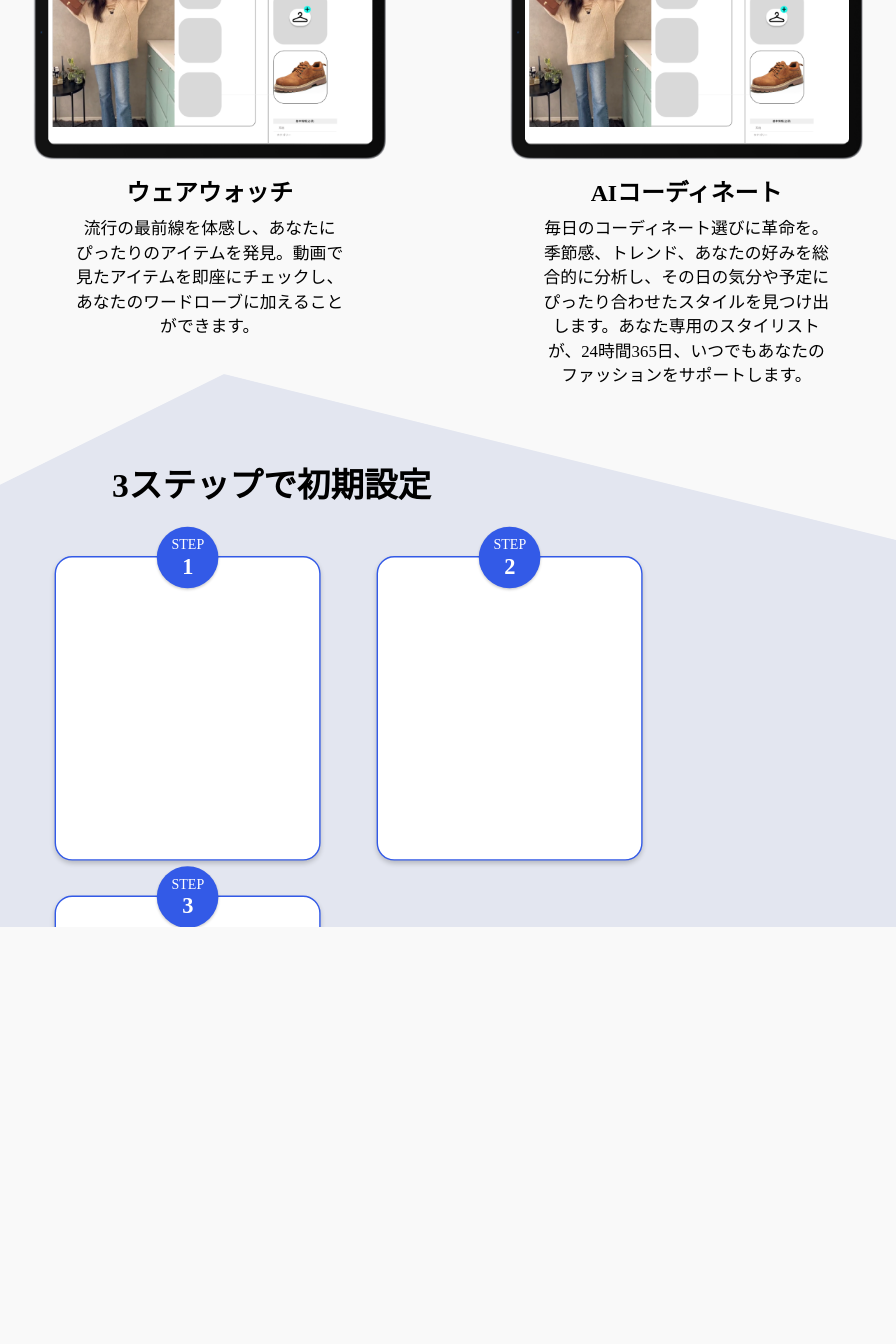
Repository: Yoshiki0418/yahoo.hack
Page: welcome.html
An editor plug-in stored every save of this project. The page is shown before and after the next save, followed by the edit.
The browser window is 1280 px wide. The pictures show the part of the page from y = 2639 to 4559 px (the page is 5407 px tall), at 70% of full size.

Above is the page before, as saved 2024-02-09 23:05:35.

### welcome.html
<!DOCTYPE html>
<html lang="ja">
<head>
    <meta charset="UTF-8">
    <meta name="viewport" content="width=device-width, initial-scale=1.0">
    <link rel="stylesheet" type="text/css" href="static/css/welcome.css">
    <title>Document</title>
</head>
<body>
    <hedaer>
        <nav>
            <div class="head_block">
                <li><a><img src="static/image/logo.png" class="logo_pic"></a></li>
                <div class="login-button">
                    <a href="/login">ログイン</a>
                </div>
             </div>
          </nav>
    </hedaer>
    <main>
        <!--スライドショー-->
        <div id="mainimg">
            <div class="slide" style="background-image: url('static/image/image 2.png');"></div>
            <div class="slide" style="background-image: url('static/image/slide_1.webp');"></div>
            <h1>Fashion <br>
                　　starts in the<br>
                　 Cloudrobe.</h1>
            <div class="sinup-button">
                <a href="/sinup">さっそくはじめる</a>
             </div>
        </div>
        <div class="fast_section">
            <p class="point_ja">つながりを紡ぎ、驚きを編む。<br>クリック一つで始まる物語</p>
            <p class="point_en">Weaving connections and weaving surprises.<br>
                A story that starts with a click</p>
            <div class="good_points">
            </div>
            <h2>全てのシチュエーションに完璧な一着</h2>
            <div class="situation_block">
                <div class="pair">
                    <img src="static/image/situation1.png" class="situation_pic">
                    <h4>デート</h4>
                </div>
                <div class="pair">
                    <img src="static/image/situation2.png" class="situation_pic">
                    <h4>ショッピング</h4>
                </div>
                <div class="pair">
                    <img src="static/image/situation3.png" class="situation_pic">
                    <h4>アウトドア</h4>
                </div>
            </div>
        </div>
        <div class="advertisement">
            <div class="block">
                <img src="static/image/adv.png" class="adv_pic">
                <div class="right_block">
                    <h2>  今話題の<br>
                        『骨格スタイル診断』を<br>
                          無料で体験！
                        </h2>
                        <button class="custom-button">あなたの商品をチェック</button>
                </div>
            </div>
        </div>
        <div class="info_section">
            <h2>Cloudrobeの特徴</h2>
            <div class="features">
                <div class="features_block1">
                    <img src="static/image/feature.png" class="feature_pic">
                    <h4>ウェアウォッチ</h4>
                    <p>流行の最前線を体感し、あなたに<br>
                        ぴったりのアイテムを発見。動画で<br>
                        見たアイテムを即座にチェックし、<br>
                        あなたのワードローブに加えること<br>ができます。</p>
                </div>
                <div class="features_block2">
                    <img src="static/image/feature.png" class="feature_pic">
                    <h4>AIコーディネート</h4>
                    <p>毎日のコーディネート選びに革命を。<br>
                        季節感、トレンド、あなたの好みを総<br>
                        合的に分析し、その日の気分や予定に<br>
                        ぴったり合わせたスタイルを見つけ出<br>
                        します。あなた専用のスタイリスト<br>
                        が、24時間365日、いつでもあなたの<br>
                        ファッションをサポートします。</p>
                </div>
            </div>
            <div class="shape">
                <h2>3ステップで初期設定</h2>
                <div class="step_block">
                    <div class="step-container">
                        <div class="step-circle">STEP<h4>1</h4></div>
                        <div class="step-box"></div>
                    </div>
                    <div class="step-container">
                        <div class="step-circle">STEP<h4>2</h4></div>
                        <div class="step-box"></div>
                    </div>
                    <div class="step-container">
                        <div class="step-circle">STEP<h4>3</h4></div>
                        <div class="step-box"></div>
                    </div>
                </div>
            </div>

        </div>

    </main>
    <script src="script.js"></script>

</body>
</html>

### static/css/welcome.css
* {
    margin: 0;
    padding: 0;
    box-sizing: border-box;
}

/* ナビゲーションのスタイル設定 */
nav {
    width: 100%;
    background-color: #17191C;
    height: 62px;
    display: flex;
    z-index: 10; /* ナビゲーションのz-indexを設定 */
    position: relative; /* z-indexを効果的にするために必要 */
}

.logo_pic {
    margin-top: 5px;
    margin-left: 8px;
    height: 51px;
}

.head_block {
    width: 100%;
    display: flex;
    flex-wrap: wrap;
    position: relative;
}

.mainimg{
    width: 100vw;
    overflow: hidden; /* 横方向の内容がはみ出た場合に非表示にする */
    height: 100%;
}

/* ログインボタンのスタイル */
.login-button a {
    display: inline-block;
    background-color: #000; /* ボタンの背景色 */
    color: white;
    padding: 10px 20px;
    border: 2px solid #fff; /* ボタンの境界線 */
    border-radius: 20px; /* 角の丸み */
    text-decoration: none;
    font-weight: bold;
    z-index: 10; /* ボタンのz-indexを設定 */
}

.login-button a:hover {
    background-color: #555; /* ホバー時の背景色 */
}

.login-button {
    position: absolute;
    right: 10%;
    margin-top: 7px;
    z-index: 10; /* ボタンのz-indexを設定 */
}

#slideshow {
    position: relative;
    max-height: 790px; /* 最大高さを指定 */
    width: 100vw; /* 画面幅全体 */
    overflow-x: hidden; /* 横方向の内容がはみ出た場合に非表示にする */
    z-index: 1; /* スライドショーのz-indexを低く設定 */
}

.slide {
    position: absolute;
    width: 100%;
    height: 100%;
    background-size: cover;
    background-position: center;
    opacity: 0; /* 最初はすべてのスライドを非表示にする */
    transition: opacity 1s; /* 透明度の変化にトランジション効果を追加 */
    animation: zoomOut 10s infinite;
    margin-top: -62px;
}

#mainimg h1 {
    position: absolute;
    font-size: 70px;
    top: 75%;
    left: 15%;
    transform: translate(-50%, -50%);
    z-index: 2; /* スライド上のテキストを前面に表示 */
    color: white; /* テキストの色 */
    text-align: center; /* テキストを中央揃え */
    text-shadow: 2px 2px 4px rgba(4, 4, 4, 4);
}

@keyframes zoomOut {
    0%, 100% {
        transform: scale(1); /* 100%に保つ */
    }
    50% {
        transform: scale(1); /* 100%より大きくしない */
    }
}

.sinup-button a{
    display: inline-block;
    font-size: 20px;
    background-color: #00000000; /* ボタンの背景色 */
    color: white;
    padding: 10px 20px;
    border: 2px solid #fff; /* ボタンの境界線 */
    border-radius: 40px; /* 角の丸み */
    text-decoration: none;
    font-weight: bold;
    z-index: 10; /* ボタンのz-indexを設定 */
}

.sinup-button {
    position: absolute;
    right: 14%;
    top: 80%;
    z-index: 10; /* ボタンのz-indexを設定 */
}

.sinup-button a:hover {
    background-color: #ffffffa4; /* ホバー時の背景色 */
    color: #000;
}

.fast_section{
    width: 100%;
    height: 955px;
    background-color: #202131;
    display: flex;
    flex-wrap: wrap;
    position: relative;
    top: 770px; /* スライドショーとの間に隙間がないように微調整 */
    z-index: 2; /* スライドショーの上に表示 */
    padding-top: 5px; /* 必要に応じて調整 */
}

.point_ja{
    position: absolute;
    margin-top: 100px;
    color: #EEE6FF;
    right: 12%;
    z-index: 18;
    font-size: 32px;
}

.point_en{
    position: absolute;
    margin-top: 210px;
    color: #EEE6FF;
    right: 9%;
    z-index: 18;
    font-size: 15px;
}

.good_points{
    position: absolute;
    width: 94%;
    height: 640px;
    background-color: #E3E6F0;
    bottom: 0%;
    right: 0%;
    border-radius: 20px 0px 0px 0px; /* 角の丸み */
}

.fast_section h2{
    position: absolute;
    width: 700px;
    top: 400px;
    left: 50%;
    transform: translate(-50%, -50%);
    font-size: 40px;
}

.situation_block{
    display: flex;
    position: absolute;
    top: 655px;
    height: 330px;
    margin-right: 10%;
    left: 50%;
    transform: translate(-50%, -50%);
}

.situation_pic{
    width: 330px;
    height: 330px;
    margin-right: 45px;
    margin-left: 45px;
}

@media (max-width: 1070px) {
    .situation_pic {
        width: 200px; /* サイズを小さく調整 */
        height: 200px; /* サイズを小さく調整 */
        margin-right: 35px;
        margin-left: 35px;
    }
}

.pair {
    display: flex; /* フレックスコンテナとして設定 */
    flex-direction: column; /* 子要素を縦方向に並べる */
    align-items: center; /* 子要素を水平方向の中央に揃える */
    text-align: center; /* テキストを中央揃え */
}

.pair h4{
    margin-top: 20px;
    font-size: 26px;
}

.advertisement{
    position: relative;
    top: 770px;
    width: 100%;
    height: 537px;
    background-color: #C5D0F7;
}

.adv_pic{
    width: 440px;
    top: 140px;
    left: 17%;
}



.advertisement h2{
    font-size: 48px;
    top: 140px;
    color: #335AE7;
}

.block{
    position: absolute;
    display: flex;
    flex-wrap: wrap;
    height: 310px;
    left: 17%;
    top: 136px;
}

.custom-button {
    background-color: #335AE7; /* ボタンの背景色 */
    color: white; /* テキスト色 */
    padding: 10px 20px; /* パディング */
    border: none; /* 境界線なし */
    border-radius: 40px; /* 角の丸み */
    font-size: 24px; /* フォントサイズ */
    font-weight: bold; /* フォントの太さ */
    text-decoration: none; /* テキストの下線を消す */
    cursor: pointer; /* カーソルをポインターに */
    box-shadow: 0 4px 8px rgba(0, 0, 0, 0.2); /* 影を付ける */
    transition: background-color 0.3s, box-shadow 0.3s; /* 色と影のトランジションを設定 */
    width: 330px;
    height: 66px;
    margin-top: 50px;
}

.custom-button:hover {
    background-color: #5A7BD8; /* ホバー時の背景色 */
    box-shadow: 0 6px 12px rgba(0, 0, 0, 0.3); /* ホバー時の影を大きくする */
}

.custom-button:focus {
    outline: none; /* ボタンがフォーカスされたときのアウトラインを消す */
}

.right_block{
    margin-left: 125px;
}

.info_section{
    width: 100%;
    height: 3084px;
    top: 769px;
    position: relative;
    background-color: #F9F9F9;
}

.info_section h2{
    position: absolute;
    font-size: 48px;
    top: 70px;
    left: 115px;
}

.features_block1 {
    display: flex; /* Flexboxを有効化 */
    flex-direction: column; /* 子要素を縦方向に並べる */
    align-items: center; /* 子要素を水平方向の中央に揃える */
    text-align: center; /* テキストを中央揃え */
    margin-right: 178px;
}

.features{
    position: relative;
    top: 180px;
    display: flex;
    display: flex; /* Flexboxを有効化 */
    justify-content: center; /* 水平方向の中央に揃える */
    flex-wrap: wrap; /* コンテンツが多い場合は折り返し */
    text-align: center; /* テキストを中央揃え */
}

.feature_pic {
    /* 画像のスタイル設定があればここに追加 */
    /* 例: width: 100%; max-width: 560px; など */
}

.features_block1 h4 {
    /* h4のスタイル設定があればここに追加 */
    margin-top: 20px; /* 画像との間隔を設定 */
    font-size: 34px;
}

.features_block1 p {
    max-width: 560px; /* 最大横幅を560pxに設定 */
    margin-top: 10px; /* h4タグとの間隔を設定 */
    font-size: 24px;
}

.features_block2 {
    display: flex; /* Flexboxを有効化 */
    flex-direction: column; /* 子要素を縦方向に並べる */
    align-items: center; /* 子要素を水平方向の中央に揃える */
    text-align: center; /* テキストを中央揃え */
}

.features_block2 h4 {
    /* h4のスタイル設定があればここに追加 */
    margin-top: 20px; /* 画像との間隔を設定 */
    font-size: 34px;
}

.features_block2 p {
    max-width: 560px; /* 最大横幅を560pxに設定 */
    margin-top: 10px; /* h4タグとの間隔を設定 */
    font-size: 24px;
}


.shape {
    position: absolute;
    top: 850px;
    width: 100%;
    height: 790px; /* 必要な高さ */
    background-color: #E3E6F0; /* 背景色 */
    clip-path: polygon(0 100%, 100% 100%, 100% 30%, 25% 0, 0 20%);
}

.shape h2{
    top: 120px;
    left: 160px;
    position: absolute;
}

.step-container {
    position: relative; /* 子要素の絶対位置の基準にする */
    padding-top: 50px; /* 円の半分のスペースを確保 */
  }

  .step-circle {
    position: absolute;
    top: 8px; /* 円の半分の高さだけ上に移動 */
    left: 50%;
    transform: translateX(-50%); /* 円を中央に配置 */
    width: 88px; /* 円の幅 */
    height: 88px; /* 円の高さ */
    background-color: #335AE7;
    color: white;
    border-radius: 50%; /* 円形にする */
    text-align: center;
    line-height: 50px; /* テキストを垂直中央に配置 */
    font-size: 20px; /* テキストのサイズ調整 */
    box-shadow: 0 2px 4px rgba(0, 0, 0, 0.2); /* 影をつける */
  }

  .step-box {
    width: 380px; /* 枠の幅 */
    height: 435px; /* 枠の高さ */
    background-color: #ffffff; /* 背景色 */
    border-radius: 25px; /* 角の丸み */
    border: 2px solid #335AE7; /* 枠線の色 */
    box-shadow: 0 4px 8px rgba(0, 0, 0, 0.2); /* 影をつける */
    margin-right: 40px;
    margin-left: 40px;
  }

.step_block{
    position: absolute;
    top: 210px;
    display: flex;
    flex-wrap: wrap;
    left: 3%;
}

.step-container h4{
    font-size: 32px;
    position: absolute;
    left: 50%;
    top: 35%;
    transform: translateX(-50%); /* 円を中央に配置 */
}






































@media (max-width: 1240px) {
    .situation_pic {
        width: 250px; /* サイズを小さく調整 */
        height: 250px; /* サイズを小さく調整 */
        margin-right: 40px;
        margin-left: 40px;
    }

    .advertisement h2 {
        font-size: 38px;
        top: 140px;
        color: #335AE7;
    }

    .custom-button {
        /* 必要に応じてサイズ調整 */
        width: 300px;
        height: 60px;
        font-size: 20px; /* フォントサイズ */
    }

    .block {
        /* フレックスコンテナのスタイリング */
        position: absolute;
        display: flex;
        flex-wrap: wrap;
        height: 310px;
        left: 12%;
        top: 136px;
    }

    .right_block {
        margin-left: 80px;
    }
}

### script.js
let slides = document.querySelectorAll('.slide');
let currentSlide = 0;

function changeSlide() {
  // すべてのスライドを非表示にする
  for (let slide of slides) {
    slide.style.opacity = 0;
  }

  // 現在のスライドを表示する
  slides[currentSlide].style.opacity = 1;

  // 次のスライドに移動、もし最後なら最初に戻る
  currentSlide = (currentSlide + 1) % slides.length;
}

// 最初のスライドを表示
changeSlide();

// 5秒ごとにスライドを切り替える
setInterval(changeSlide, 5000);

After the next save:
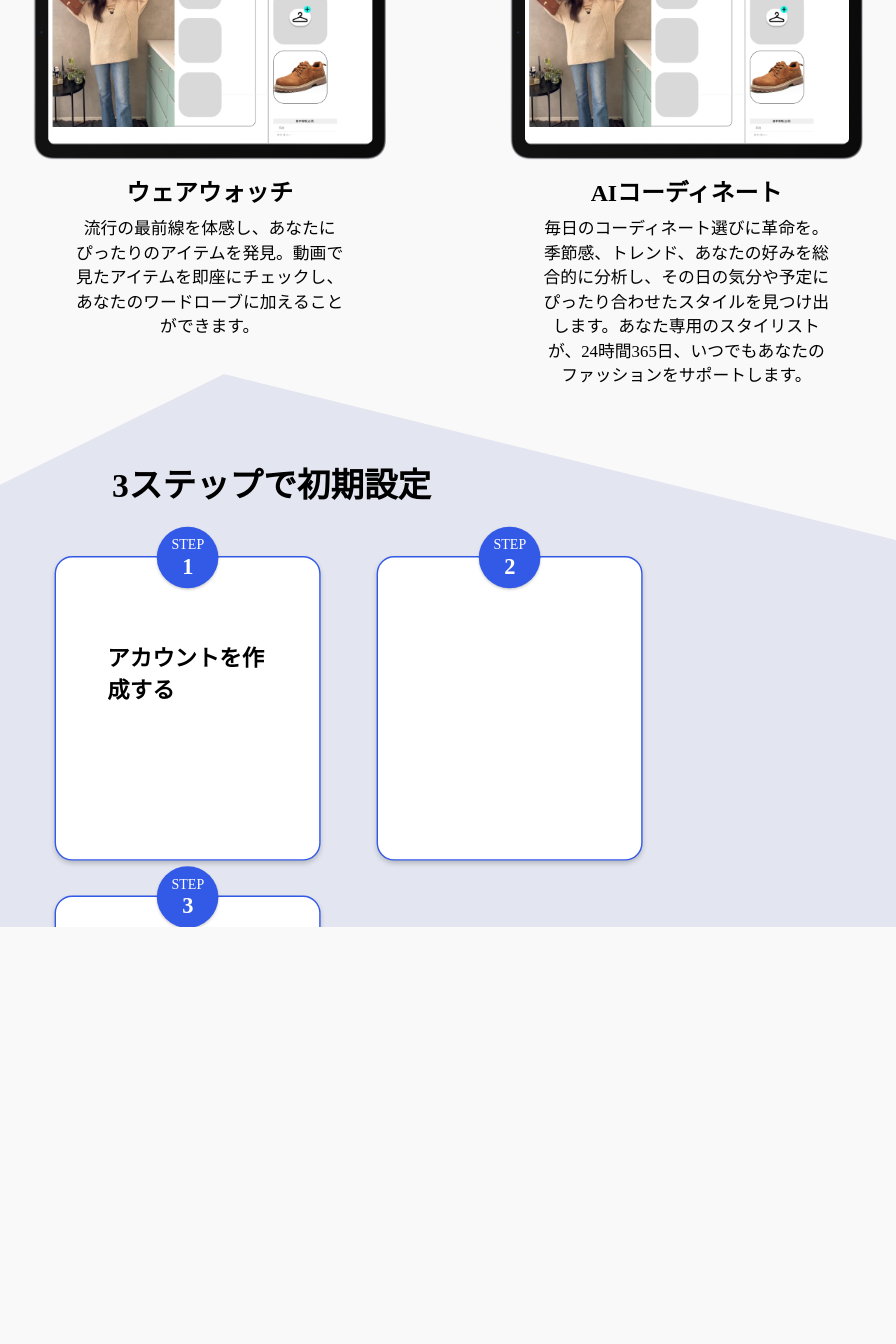
Saved 109 s later.
--- a/welcome.html
+++ b/welcome.html
@@ -92,6 +92,7 @@
                     <div class="step-container">
                         <div class="step-circle">STEP<h4>1</h4></div>
                         <div class="step-box"></div>
+                        <h4>アカウントを作成する</h4>
                     </div>
                     <div class="step-container">
                         <div class="step-circle">STEP<h4>2</h4></div>
